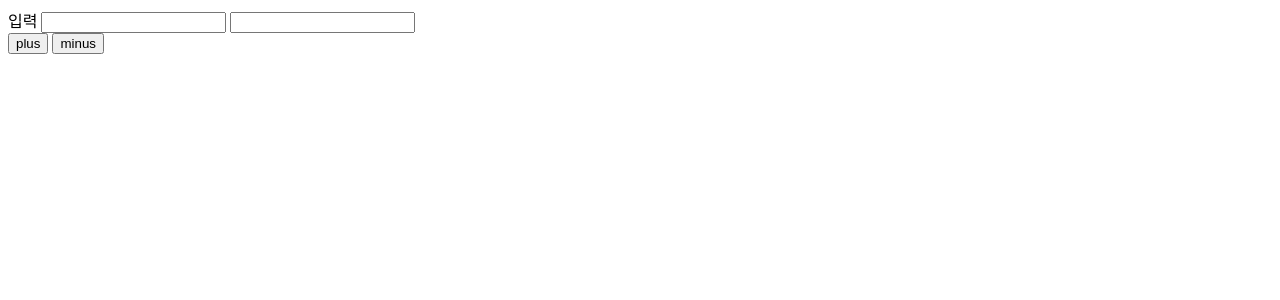
Repository: odreeblue/Study_ServletJSP
Page: jsp/workspace/JSPPrj/src/main/webapp/calc2.html
These files come from the project's save history. The page is drawn as it stood at one moment and after the next save; the edit follows.
The browser window is 1280 px wide. The pictures show the whole page.

Above is the page before, as saved 2023-02-05 15:27:38.

### jsp/workspace/JSPPrj/src/main/webapp/calc2.html
<!DOCTYPE html>
<html>
<head>
<meta charset="UTF-8">
<title>Insert title here</title>
</head>
<body>
	<div>
		<form action="calc" method="post">
			<div>
				<label>입력</label>
				<input type="text" name="x">
				<input type="text" name="y">
			</div>
			<div>
				<input type="submit" name="operator" value="plus">
				<input type="submit" name="operator" value="minus">
			</div>

		</form>
	</div>

</body>
</html>

After the next save:
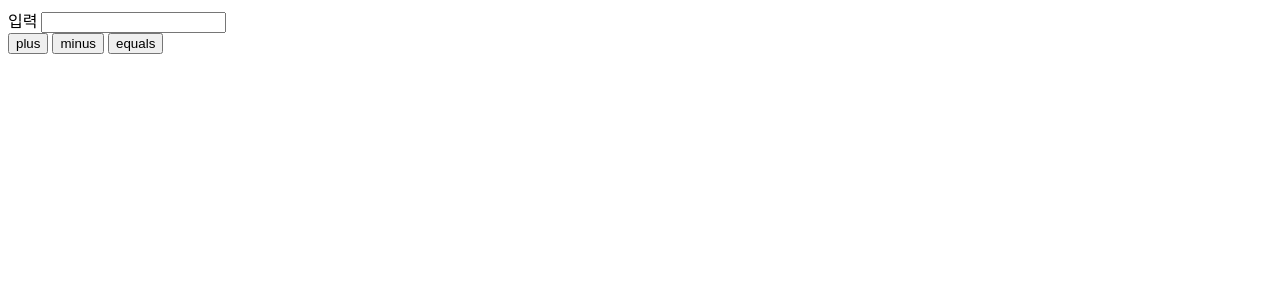
Saved 32 s later.
--- a/jsp/workspace/JSPPrj/src/main/webapp/calc2.html
+++ b/jsp/workspace/JSPPrj/src/main/webapp/calc2.html
@@ -9,12 +9,13 @@
 		<form action="calc" method="post">
 			<div>
 				<label>입력</label>
-				<input type="text" name="x">
-				<input type="text" name="y">
+				<input type="text" name="v">
+
 			</div>
 			<div>
 				<input type="submit" name="operator" value="plus">
 				<input type="submit" name="operator" value="minus">
+				<input type="submit" name="operator" value="equals">
 			</div>
 
 		</form>
